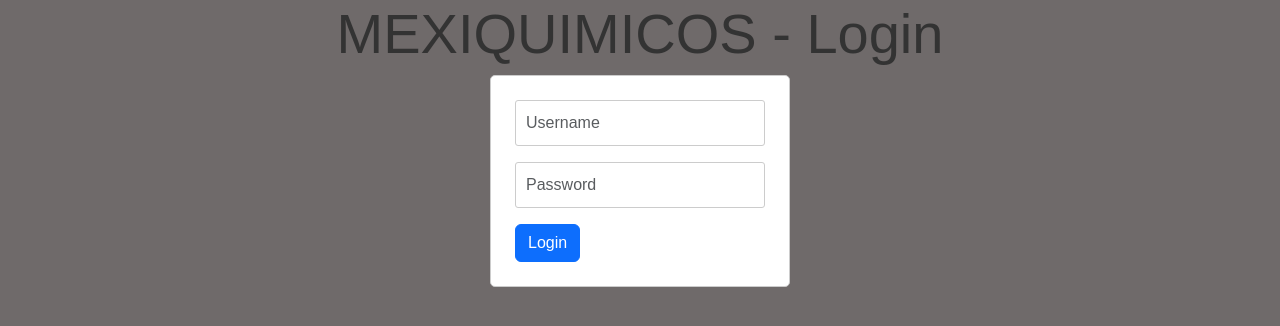
Repository: iDiv3r/MexiQuimicosIsay
Page: Index.html
The author's editor kept a copy of each file at every save. The page is drawn from the files as they stood at one save, then again after the next save.
The browser window is 1280 px wide. The pictures show the whole page.

Above is the page before, as saved 2023-11-24 23:53:51.

After the next save:
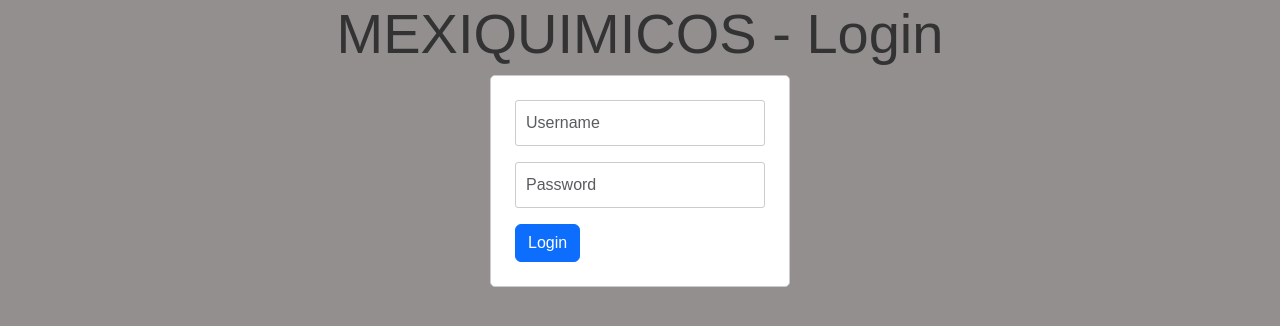
Saved 6 s later.
--- a/Index.html
+++ b/Index.html
@@ -6,7 +6,7 @@
   <link rel="stylesheet" href="https://cdn.jsdelivr.net/npm/bootstrap@5.3.0/dist/css/bootstrap.min.css">
   <style>
     body {
-      background-color: #6f6a6a;
+      background-color: #6f6a6abe;
       font-family: Arial, sans-serif;
     }
 
